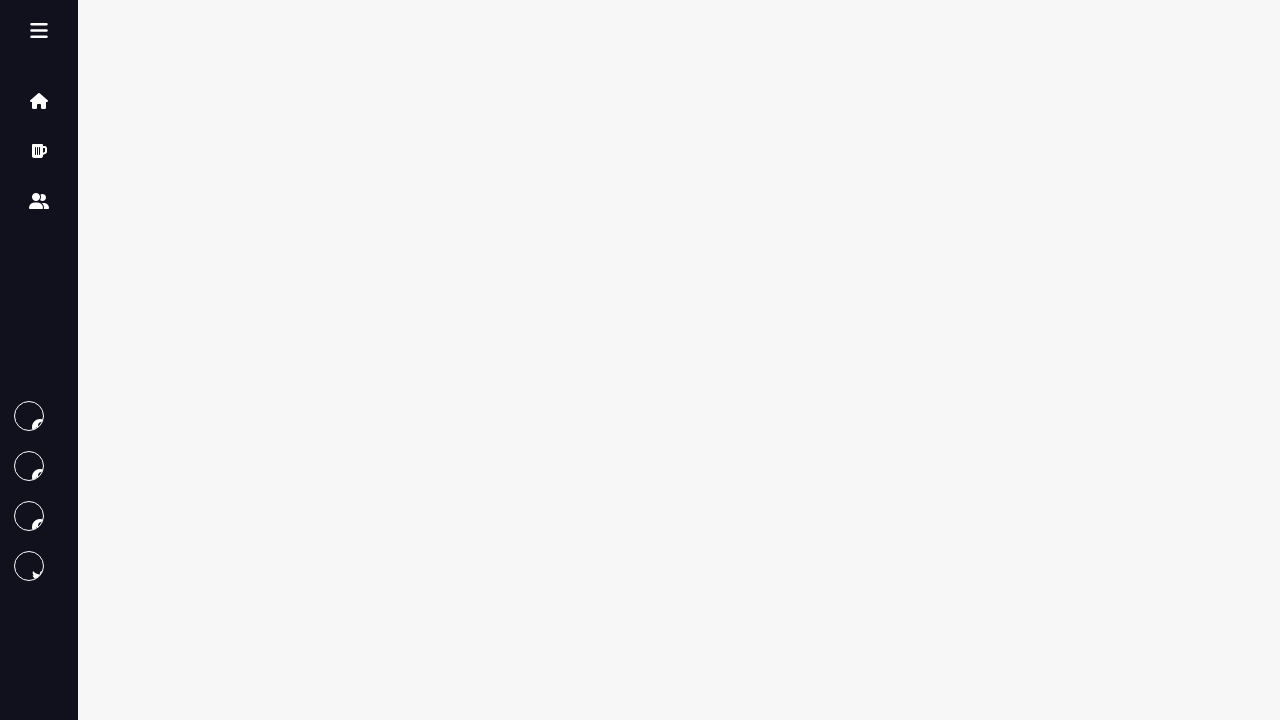
Repository: Nic98/MilkTeaWebsite
Page: mywebsite.html
The author's editor kept a copy of each file at every save. The page is drawn from the files as they stood at one save, then again after a run of saves.
The browser window is 1280 px wide. The pictures show the whole page.
Some web libraries are served in a nearby version.

Above is the page before, as saved 2024-05-28 23:14:16.

### mywebsite.html
<!DOCTYPE html>
<html lang="en">
<head>
  <meta charset="UTF-8">
  <meta name="viewport" content="width=device-width, initial-scale=1.0">
  <link rel="stylesheet" href="mywebsite.css">
  <script src="https://kit.fontawesome.com/2dbcf482c2.js" crossorigin="anonymous"></script>
  <!-- <script src="/sidebar.js"></script> -->
  <title>ComeBuyBooze</title>

</head>
<body>

  <!-- sidebar implementation -->
  <div class="sidebar workspace--flexchild1">
    <div class="logo_content">
        <div class="logo">
            <dive class="logo_name"> ComeBuyBooze </dive>
            <i class="fas fa-bars" id="btn"></i>
        </div>
    </div>

    <ul class="nav_list">
        <li>
            <a href="#">
                <i class="fas fa-home"></i>
                <span class="links_name">ComeBack</span>
            </a>
            <span class = "tooltip">ComeBack</span>
        </li>

        <li>
            <a href="#">
              <i class="fa-solid fa-beer-mug-empty"></i>
                <span class="links_name">Boozz</span>
            </a>
            <span class = "tooltip">Boozz</span>
        </li>

        <li>
          <a href="#">
              <i class="fas fa-user-friends"></i>
              <span class="links_name">Contact us</span>
          </a>
          <span class = "tooltip">Contacts us</span>
      </li>
    </ul>

    <ul class="contact_list">
      <li>
        <a href="#">
          <i class="fa-brands fa-facebook"></i>
        </a>
      </li>
      <li>
        <a href="#">
          <i class="fa-brands fa-facebook"></i>
        </a>
      </li>
      <li>
        <a href="#">
          <i class="fa-brands fa-facebook"></i>
        </a>
      </li>
      <li>
        <a href="#">
          <i class="fa-brands fa-twitter"></i>
        </a>
      </li>
    </ul>



</div>














  <script>
    let btn = document.querySelector("#btn");
    let sidebar = document.querySelector(".sidebar");

    btn.onclick = function() {
        sidebar.classList.toggle("active");
    }
  </script>
</body>
</html>

### mywebsite.css
@import url('https://fonts.googleapis.com/css2?family=Poppins:wght@200;300;400;500;600;700&display=swap');

body{
    margin: 0;
    font-family: "Poppins", sans-serif;
}

.flexbox{
    display: flex;
}

.columnflex{
    display: flex;
    flex-direction: column;
    justify-content: center;
}

#btn{
    cursor: pointer;
}

.btn--line{
    border: solid;
    border-width: 1px;
    color: white;
    background: none;
    border-radius: 50px;
    padding: 10px;
    padding-left: 20px;
    padding-right:20px;
    font-size: 18px;
    cursor: pointer;
}

.btn--solid{
    border: solid;
    border-width: 1px;
    border-radius: 50px;
    padding: 10px;
    padding-left: 20px;
    padding-right: 20px;
    font-size: 18px;
    cursor: pointer;
}

.btn--noborder{
    border: none;
    background: none;
}

.font--title{
    font-size: 30px;
}

.font--bold{
    font-weight: bolder;
}

.font--largrsize{
    font-size: 18px;
}

.login--input{
    border: solid 1px gray;
    font-size: 14px;
    padding: 8px;
    padding-left: 14px;
    width: 100%;
    border-radius: 50px;
    margin-top: 20px;
    box-sizing: border-box;
    box-shadow: 1px 1px 1px gray;
}

.btn--solid>*{
    text-decoration: none;
    color: white;
}

.btn--solid>*:hover{
    color: white;
    transition-duration: 0.5s;
}

:root{
  --lightgray: #F7F7F7;
  --darkblue: #032444;
}

*{
  margin:0;
  padding:0;
  box-sizing: border-box;
}

body {
  background-color: #F7F7F7;
  position: relative;
  min-height: 100vh;
  width: 100%;
  overflow:hidden;
}

/* sidebar */

.nav_list {
  padding-inline-start: 0%;
  list-style-type: none;
}

.sidebar {
  height:100%;
  position:absolute;
  top:0;
  left:0;
  width:78px;
  background-color: #11101d;
  padding:6px 14px;
  transition: all 0.5s ease;
}

.sidebar.active{
  width:240px;
}

.sidebar .logo_content .logo {
  color: #fff;
  display: flex;
  height: 50px;
  width: 100%;
  align-items: center;
  transition: all 0.5s ease;

}

.logo_content .logo i {
  font-size: 28px;
  margin-right: 5px;
}

.logo_content .logo .logo_name {
  font-size: 20px;
  font-weight: 400;
}

.sidebar #btn {
  color: #fff;
  position:absolute;
  left: 50%;
  top:6px;
  font-size: 20px;
  height:50px;
  width:50px;
  text-align: center;
  line-height: 50px;
  transform: translateX(-50%);
}

.sidebar.active #btn{
  left: 90%;
}

.sidebar ul {
  margin-top: 20px;

}
.sidebar ul li {
  list-style: none;
  height: 50px;
  width:100%;
  position:relative;
  margin: 0 0px;
  line-height: 50px;
}

.sidebar ul li .tooltip{
  position: absolute;
  left:122px;
  top:10%;
  transform: translate(-50%, -50%);
  text-align: center;
  border-radius: 6px;
  height:35px;
  width:122px;
  background: #fff;
  line-height: 35px;
  box-shadow: 0 5px 10px rgba(0,0,0,0.2);
  transition:0s;
  opacity: 0;
  pointer-events: none;
  z-index: 3000 !important;
}

.sidebar.active ul li .tooltip {
  display:none;
}

.sidebar ul li:hover .tooltip{
  transition: all 0.5s ease;
  opacity: 1;
  top:50%;
  z-index: 3;
}

.sidebar .nav_list li a {
  color: #fff;
  display: flex;
  align-items: center;
  text-decoration: none;
  transition: all 0.4s ease;
  border-radius: 6px;
  height:100%;
  white-space: nowrap;
}

.sidebar .nav_list li a:hover {
  color: #11101d;
  background: #fff;
  padding: 5px;
}

.sidebar .nav_list li i {
  height:50px;
  min-width: 50px;
  border-radius: 12px;
  line-height: 50px;
  text-align: center;
}

.sidebar .links_name{
  opacity: 0;
  pointer-events: none;
  transition: all 0.5s ease;
}

.sidebar.active .links_name {
  opacity: 1;
  pointer-events: auto;
}

.sidebar .logo_name {
  opacity: 0;
  pointer-events: none;
}

.sidebar.active .logo_name {
  opacity: 1;
  pointer-events: auto;
}

/* contact list */

/* .contact_list .links_name{
  opacity: 0;
  pointer-events: none;
  transition: all 0.5s ease;
}

.contact_list.active .links_name {
  opacity: 1;
  pointer-events: auto;
} */


.contact_list {
  padding-top: 250%;
  position: relative;
  top: 30px;
  padding-inline-start: 0%;
  list-style-type: none;
}

.contact_list li i {
  height:50px;
  min-width: 50px;
  line-height: 50px;
  border-radius: 12px;
  text-align: center;
}

.contact_list li a:hover {
  color: #11101d;
  background: #fff;
  /* padding-left:12px; */
}

.contact_list li a {
  width: 30px;
  height: 30px;
  border-radius: 50%;
  color: #fff;
  text-align: center;
  overflow: hidden;
  position: relative;
  display:block;
  line-height: 50px;
  transition: all 0.4s ease;
  z-index: 1;
  border: 1px solid #fff;
}

.sidebar.active .contact_list li i {
  height:50px;
  min-width: 50px;
  border-radius: 12px;
  line-height: 50px;
  text-align: center;
}

.sidebar.active .contact_list li a:hover {
  color: #11101d;
  background: #fff;
}









































/* .home_content {

  position: absolute;
  height: 100%;
  width: calc(100% - 78px);
  left:78px;
  transition: all 0.5s ease;

}

.home_content .text {
  font-size: 25px;
  font-weight: 500;
  color: #1d1b31;
  margin:12px;
}

.sidebar.active ~ .home_content {
  width: calc(100% - 240px);
  left:240px
} */



/* header

.workspaceheader--container{
  width: 100%;
  height: 50px;
  background-color: white;
  justify-content: space-between;
  padding-left: 18px;
  padding-right: 18px;
  box-shadow: 3px 3px 3px lightgray;



}

.searchbar--container{
  height: inherit;
  width: 40%;
  flex-direction: column;
  justify-content:center;
}

.searchbar--container>*{
  margin: 0;
}

.seachbar{
  max-width: 400px;
  padding: 4px;
  padding-left: 18px;
  box-shadow: none;
  border: solid 1px var(--lightgray);
  background: #FBFBFB;
}

.settingbar--container>*+*{
  margin-left: 16px;
}

.profilepic{
  height: 44px;
  width: 44px;
  border: solid 1px lightgray;
  border-radius: 50%;

}

.fa-moon, .fa-cog, .fa-bell{
  font-size: large;
}

.font--headerrole{
  font-size: small;

}

.headerName{
  margin-left: 22px;
}

.headerrole--container{
  flex-direction: row-reverse;
  justify-content: center;
}

.headerrole--container>*{
  margin: 0 !important;
  color: black;
}

.content-container{

  max-height: 100%;
  padding: 20px;

  width: 100%;
  overflow-y: scroll !important;

}

.content-container>*{
  z-index: 0;
} */

After the next 2 saves:
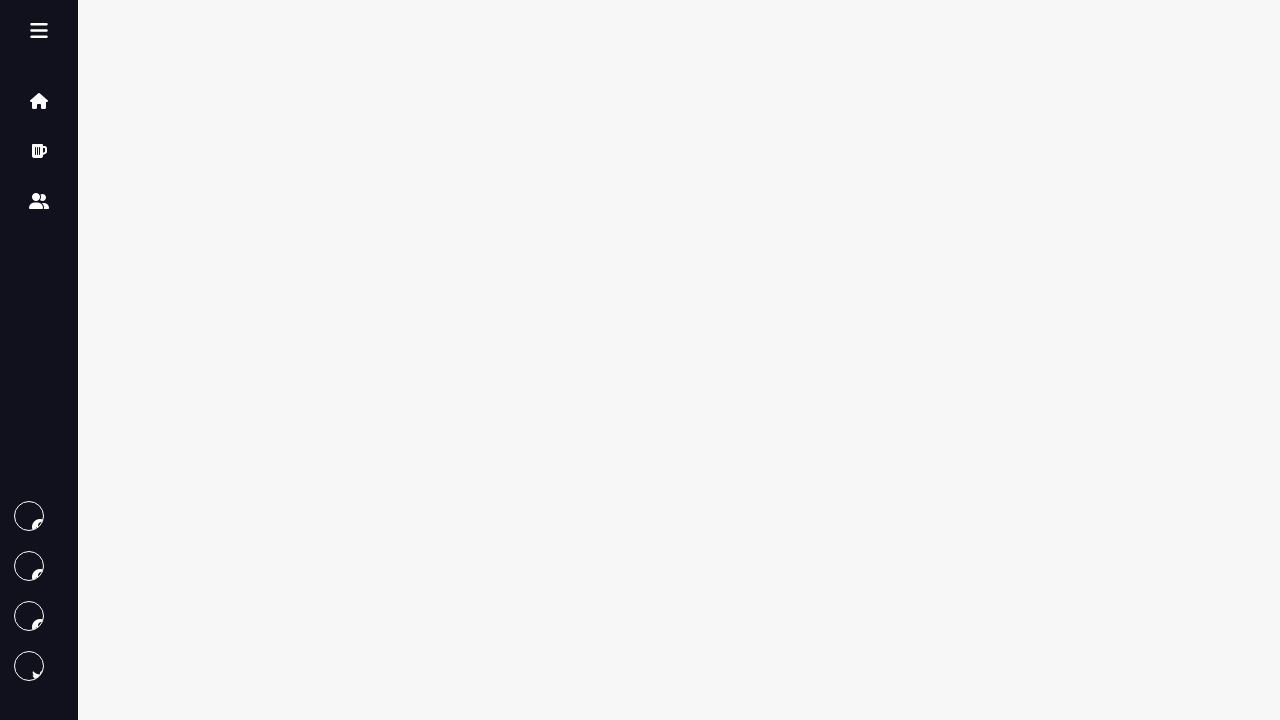
The 2 saves are shown as one change because they came seconds apart.
The last was saved 11 s later.
--- a/mywebsite.css
+++ b/mywebsite.css
@@ -293,6 +293,8 @@
   overflow: hidden;
   position: relative;
   display:block;
+
+  top: 100px;
   line-height: 50px;
   transition: all 0.4s ease;
   z-index: 1;

After the save that followed:
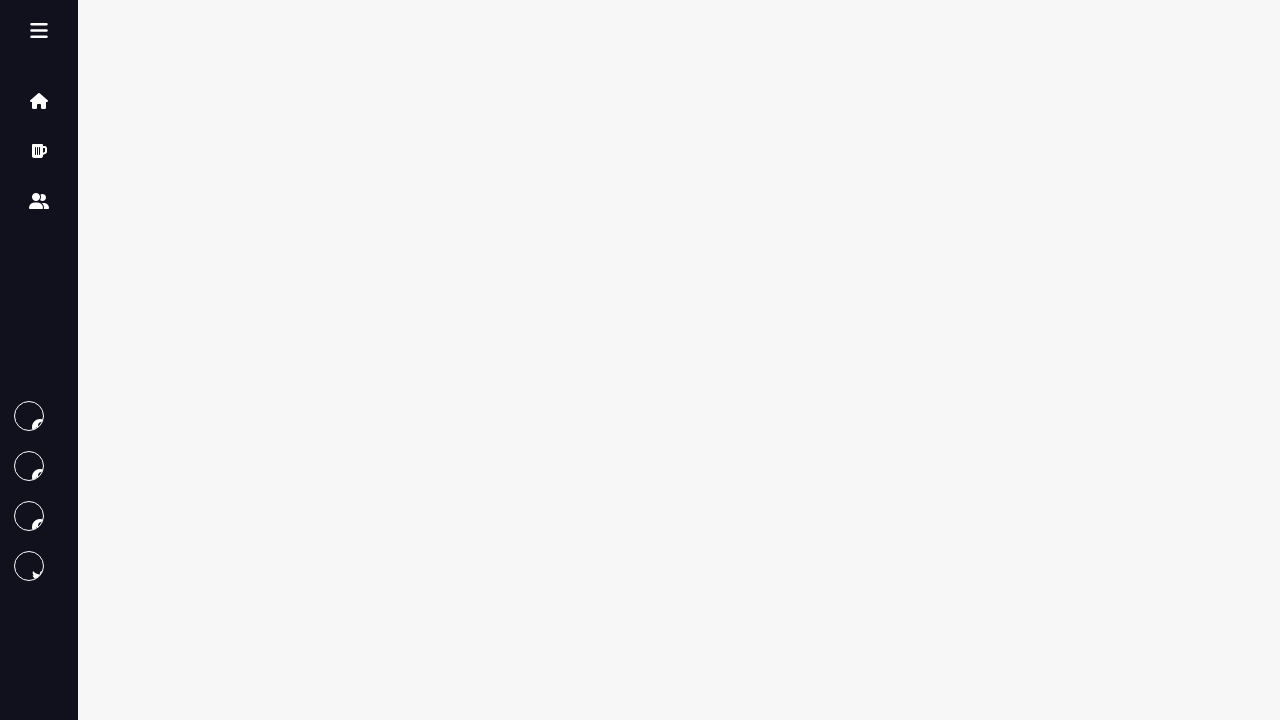
Saved 9 s later.
--- a/mywebsite.css
+++ b/mywebsite.css
@@ -293,8 +293,6 @@
   overflow: hidden;
   position: relative;
   display:block;
-
-  top: 100px;
   line-height: 50px;
   transition: all 0.4s ease;
   z-index: 1;
